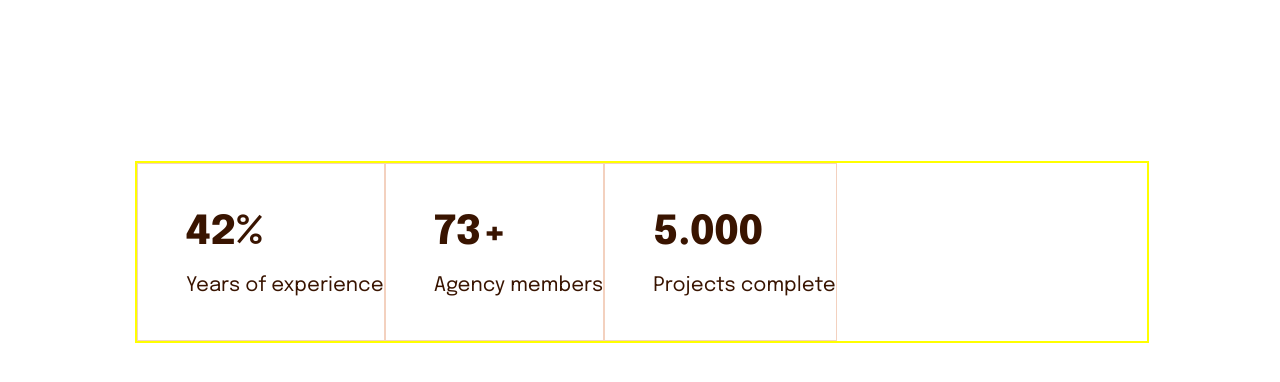
Repository: simralgasimov/task6
Page: index.html
The author's editor kept a copy of each file at every save. The page is drawn from the files as they stood at one save, then again after a run of saves.
The browser window is 1280 px wide. The pictures show the whole page.

Above is the page before, as saved 2023-08-30 13:17:38.

After the next 2 saves:
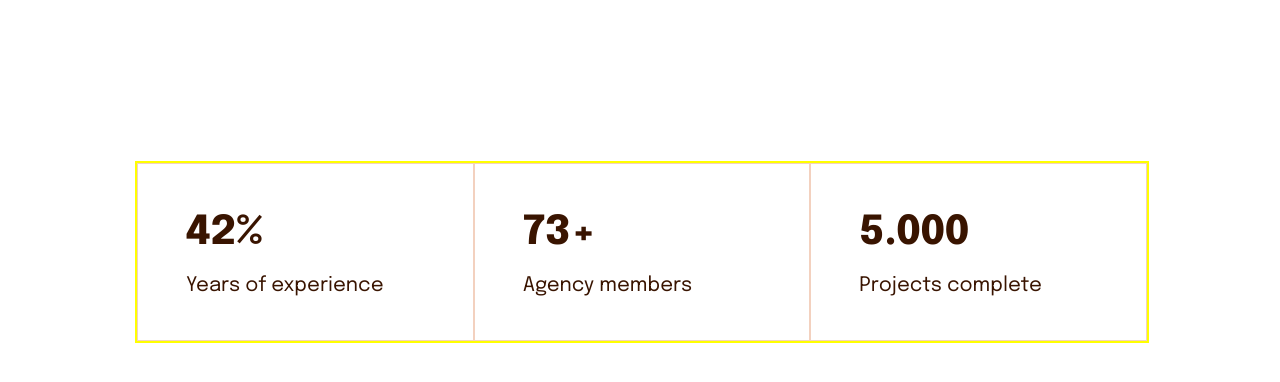
The 2 saves are shown as one change because they came seconds apart.
The last was saved 22 s later.
--- a/index.css
+++ b/index.css
@@ -17,7 +17,7 @@
   border: 2px solid yellow;
 }
 .container-1 ul li{
-
+    width: 391px;
 }
 
 .container-1 ul .box-1 {
